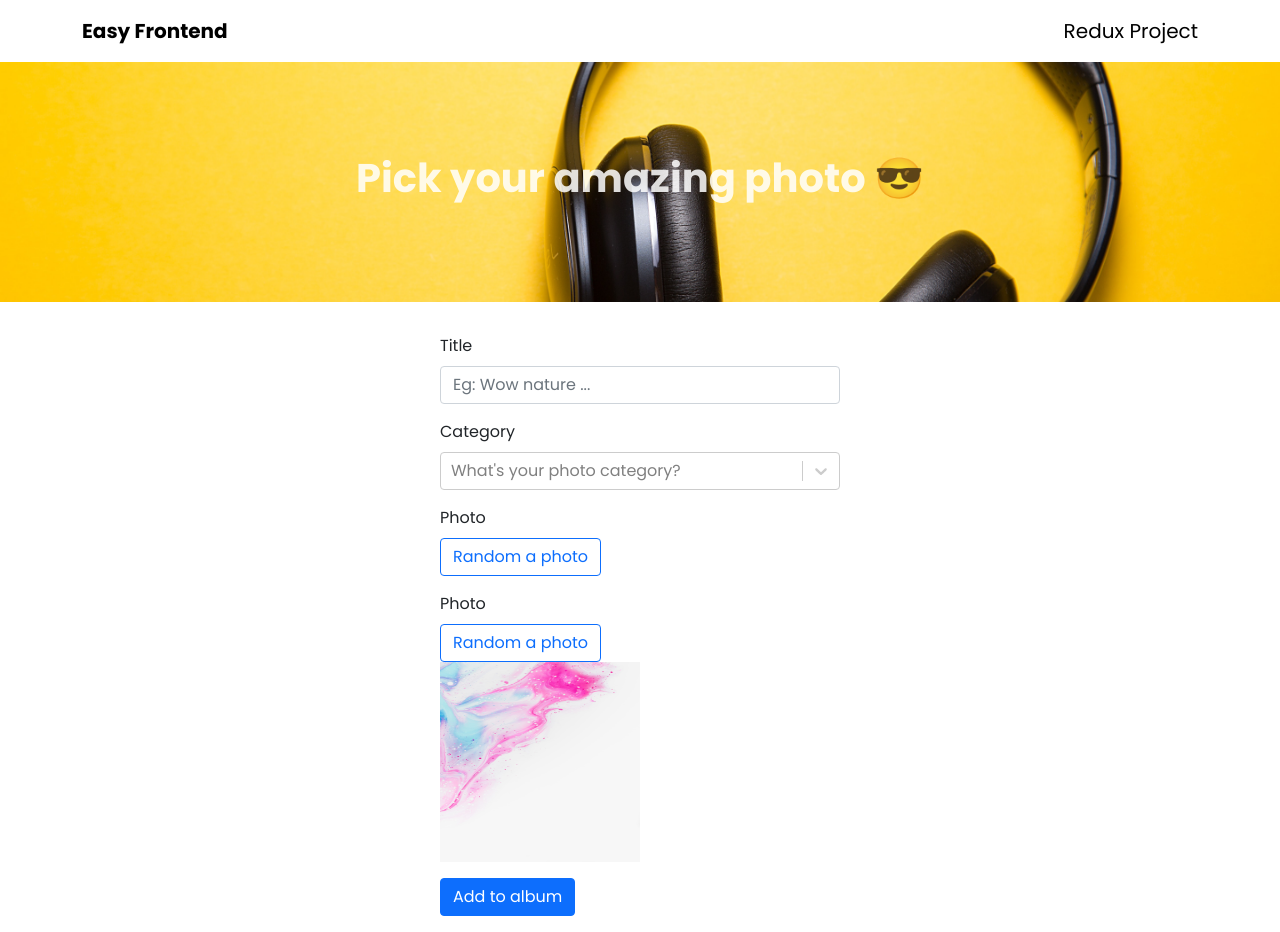
Repository: duckhai80/Redux-photo-app
Page: /photos/add
These files come from the project's save history. The page is drawn as it stood at one moment and after the next save; the edit follows.
The browser window is 1280 px wide. The pictures show the whole page.
The project was rebuilt for these pictures with package versions that can differ from the ones it lists, and the page was loaded fresh each time. Also part of the build but not shown: src/App.css, src/components/NotFound/index.jsx.

Above is the page before, as saved 2021-10-29 22:07:07.

### public/index.html
<!DOCTYPE html>
<html lang="en">
  <head>
    <meta charset="utf-8" />
    <link rel="icon" href="%PUBLIC_URL%/favicon.ico" />
    <meta name="viewport" content="width=device-width, initial-scale=1" />
    <meta name="theme-color" content="#000000" />
    <meta
      name="description"
      content="Web site created using create-react-app"
    />
    <link rel="apple-touch-icon" href="%PUBLIC_URL%/logo192.png" />

    <link rel="manifest" href="%PUBLIC_URL%/manifest.json" />

    <title>React App</title>
    <link
      href="https://fonts.googleapis.com/css2?family=Poppins:ital,wght@0,400;0,700;1,400;1,700&display=swap"
      rel="stylesheet"
    />
  </head>
  <body>
    <noscript>You need to enable JavaScript to run this app.</noscript>
    <div id="root"></div>
  </body>
</html>

### src/index.js
import "bootstrap/dist/css/bootstrap.css";
import React from "react";
import ReactDOM from "react-dom";
import App from "./App";
import "./index.css";
import reportWebVitals from "./reportWebVitals";

ReactDOM.render(
  <React.StrictMode>
    <App />
  </React.StrictMode>,
  document.getElementById("root")
);

reportWebVitals();

### src/App.js
import logo from "./logo.svg";
import "./App.css";

import React, { Suspense } from "react";
import { BrowserRouter, Route, Switch, Redirect, Link } from "react-router-dom";
import Header from "./components/Header";
import NotFound from "./components/NotFound";

const Photo = React.lazy(() => import("./features/Photo/pages/Main"));
const AddEdit = React.lazy(() => import("./features/Photo/pages/AddEdit"));

function App() {
  return (
    <div className="photo-app">
      <Suspense fallback={<div>Loading ...</div>}>
        <BrowserRouter>
          <Header></Header>

          <Switch>
            <Redirect exact from="/" to="/photos" />

            <Route exact path="/photos" component={Photo} />
            <Route exact path="/photos/add" component={AddEdit} />
            <Route component={NotFound} />
          </Switch>

          {/* <ul>
            <li>
              <Link to="/photos">Go to photo page</Link>
            </li>
            <li>
              <Link to="/photos/add">Go to Add new photo page</Link>
            </li>
            <li>
              <Link to="/photos/123">Go to Edit photo page</Link>
            </li>
          </ul>
          <Header />
          <Switch>
            <Redirect exact from="/" to="/photos" />
          </Switch> */}
        </BrowserRouter>
      </Suspense>
    </div>
  );
}

export default App;

### src/index.css
body {
  margin: 0;
  font-family: "Poppins", -apple-system, BlinkMacSystemFont, "Segoe UI",
    "Roboto", "Oxygen", "Ubuntu", "Cantarell", "Fira Sans", "Droid Sans",
    "Helvetica Neue", sans-serif;
  -webkit-font-smoothing: antialiased;
  -moz-osx-font-smoothing: grayscale;
}

code {
  font-family: source-code-pro, Menlo, Monaco, Consolas, "Courier New",
    monospace;
}

### src/components/Header/index.jsx
import React from "react";
import { NavLink } from "react-router-dom";
import { Col, Container, Row } from "reactstrap";
import "./Header.scss";

Header.propTypes = {};

function Header() {
  return (
    <div>
      <header className="header">
        <Container>
          <Row className="justify-content-between">
            <Col xs="auto">
              <a
                className="header__link header__title"
                href="https://youtube.com/easyfrontend"
                target="_blank"
                rel="noopener noreferrer"
              >
                Easy Frontend
              </a>
            </Col>

            <Col xs="auto">
              <NavLink
                exact
                className="header__link"
                to="/photos"
                activeClassName="header__link--active"
              >
                Redux Project
              </NavLink>
            </Col>
          </Row>
        </Container>
      </header>
    </div>
  );
}

export default Header;

### src/features/Photo/pages/AddEdit/index.jsx
import Banner from "components/Banner";
import NotFound from "components/NotFound";
import PhotoForm from "features/Photo/components/PhotoForm";
import React from "react";
import { Redirect, Route, Switch } from "react-router";
import "./styles.scss";

AddEditPage.propTypes = {};

function AddEditPage(props) {
  return (
    <div className="photo-edit">
      <Banner title="Pick your amazing photo 😎" />

      <div className="photo-edit__form">
        <PhotoForm
          onSubmit={(values) => console.log("Form submit: ", values)}
        />
      </div>
    </div>
  );
}

export default AddEditPage;

### src/components/Header/Header.scss
.header {
  padding: 1rem 0;
  font-size: 1.25rem;

  &__title {
    font-weight: bold;
  }

  &__link {
    color: #000;
    text-decoration: none;
    transition: all 0.25s ease-in-out 0s;

    &--active,
    &:hover {
      text-decoration: none;
      // color: var(--primary);
      color: rgb(56, 144, 216);
    }
  }
}

### src/components/Banner/index.jsx
import PropTypes from "prop-types";
import React from "react";
import "./Banner.scss";

Banner.propTypes = {
  title: PropTypes.string,
  backgroundUrl: PropTypes.string,
};

Banner.defaultProps = {
  title: "",
  backgroundUrl: "",
};

function Banner(props) {
  const { title, backgroundUrl } = props;

  const bannerStyle = backgroundUrl
    ? { backgroundImage: `url(${backgroundUrl})` }
    : {};

  return (
    <section className="banner" style={bannerStyle}>
      <h1 className="banner__title">{title}</h1>
    </section>
  );
}

export default Banner;

### src/constants/images.js
import blueBackground from "../assets/images/blue-bg.jpg";
import colorfulBackground from "../assets/images/colorful-bg.jpg";
import orangeBackground from "../assets/images/orange-bg.jpg";
import pinkBackground from "../assets/images/pink-bg.jpg";

const Images = {
  ORANGE_BG: orangeBackground,
  BLUE_BG: blueBackground,
  COLORFUL_BG: colorfulBackground,
  PINK_BG: pinkBackground,
};

export default Images;

### src/features/Photo/components/PhotoForm/index.jsx
import { PHOTO_CATEGORY_OPTIONS } from "constants/global";
import Images from "constants/images";
import InputField from "custom-field/InputField";
import SelectField from "custom-field/SelectField";
import RandomPhotoField from "custom-field/RandomPhotoField";
import { FastField, Form, Formik } from "formik";
import PropTypes from "prop-types";
import React from "react";
import { Button, FormGroup, Label } from "reactstrap";

PhotoForm.propTypes = {
  onSubmit: PropTypes.func,
};

PhotoForm.defaultProps = {
  onSubmit: null,
};

function PhotoForm(props) {
  const initialValues = {
    title: "",
    categoryId: null,
  };

  return (
    <Formik initialValues={initialValues}>
      {(formikProps) => {
        const { values, errors, touched } = formikProps;
        console.log({ values, errors, touched });

        return (
          <Form>
            <FastField
              name="title"
              component={InputField}
              label="Title"
              placeholder="Eg: Wow nature ..."
            />

            <FastField
              name="categoryId"
              component={SelectField}
              label="Category"
              placeholder="What's your photo category?"
              options={PHOTO_CATEGORY_OPTIONS}
            />

            <FastField
              name="photo"
              component={RandomPhotoField}
              label="Photo"
              // imageUrl={Images.COLORFUL_BG}
            ></FastField>

            <FormGroup>
              <Label for="categoryId">Photo</Label>
              <div>
                <Button type="button" outline color="primary">
                  Random a photo
                </Button>
              </div>
              <div>
                <img
                  width="200px"
                  height="200px"
                  src={Images.COLORFUL_BG}
                  alt="colorful background"
                />
              </div>
            </FormGroup>
            <FormGroup>
              <Button color="primary">Add to album</Button>
            </FormGroup>
          </Form>
        );
      }}
    </Formik>
  );
}

export default PhotoForm;

### src/features/Photo/pages/AddEdit/styles.scss
.photo-edit {
  &__form {
    margin: 2rem auto 1rem auto;
    max-width: 25rem;
  }
}

### src/components/Banner/Banner.scss
.banner {
  display: flex;
  flex-flow: row wrap;
  justify-content: center;
  align-items: center;
  height: 15rem;

  background-image: url(../../assets/images/orange-bg.jpg);
  background-position: center;
  background-size: cover;

  &__title {
    color: rgba(255, 255, 255, 0.85);
    font-weight: bold;
  }
}

### src/constants/global.js
export const PHOTO_CATEGORY_OPTIONS = [
  { value: 1, label: "Technology" },
  { value: 2, label: "Education" },
  { value: 3, label: "Nature" },
  { value: 4, label: "Animals" },
  { value: 5, label: "Styles" },
];

### src/custom-field/InputField/index.jsx
import React from "react";
import PropTypes from "prop-types";
import { FormGroup, Input, Label } from "reactstrap";

InputField.propTypes = {
  field: PropTypes.object.isRequired,
  form: PropTypes.object.isRequired,
  type: PropTypes.string,
  label: PropTypes.string,
  placeholder: PropTypes.string,
  disabled: PropTypes.bool,
};

InputField.defaultProps = {
  type: "text",
  label: "",
  placeholder: "",
  disabled: false,
};

function InputField(props) {
  const { field, form, type, label, placeholder, disabled } = props;
  const { name, value, onChange, onBlur } = field;

  return (
    <FormGroup>
      {label && <Label for={name}>{label}</Label>}
      <Input
        id={name}
        {...field}
        placeholder={placeholder}
        name={name}
        type={type}
        disabled={disabled}
      />
    </FormGroup>
  );
}

export default InputField;

### src/custom-field/SelectField/index.jsx
import PropTypes from "prop-types";
import React from "react";
import Select from "react-select";
import { FormGroup, Label } from "reactstrap";

SelectField.propTypes = {
  field: PropTypes.object.isRequired,
  form: PropTypes.object.isRequired,
  label: PropTypes.string,
  placeholder: PropTypes.string,
  options: PropTypes.array,
  disabled: PropTypes.bool,
};

SelectField.defaultProps = {
  label: "",
  placeholder: "",
  options: [],
  disabled: false,
};

function SelectField(props) {
  const { field, form, label, placeholder, options, disabled } = props;
  const { name, value } = field;

  const selectedOption = options.find((option) => option.value === value);

  const handleSelectedOptionChange = (selectedOption) => {
    const selectedValue = selectedOption
      ? selectedOption.value
      : selectedOption;

    const changeEvent = {
      target: {
        name: name,
        value: selectedValue,
      },
    };
    field.onChange(changeEvent);
  };

  return (
    <FormGroup>
      {label && <Label for="categoryId">{label}</Label>}
      <Select
        id={name}
        {...field}
        onChange={handleSelectedOptionChange}
        value={selectedOption}
        placeholder={placeholder}
        options={options}
      />
    </FormGroup>
  );
}

export default SelectField;

### src/custom-field/RandomPhotoField/index.jsx
import RandomPhoto from "components/RandomPhoto";
import PropTypes from "prop-types";
import React from "react";
import { FormGroup, Label } from "reactstrap";

RandomPhotoField.propTypes = {
  field: PropTypes.object.isRequired,
  form: PropTypes.object.isRequired,
  label: PropTypes.string,
  // imageUrl: PropTypes.string,
};

RandomPhotoField.defaultProps = {
  label: "",
  // imageUrl: "",
};

function RandomPhotoField(props) {
  const { field, form, label, imageUrl } = props;
  const { name, value, onChange, onBlur } = field;

  const handleImageChange = (newImageUrl) => {
    form.setFieldValue(name, newImageUrl);
  };

  return (
    <FormGroup>
      {label && <Label for={name}>{label}</Label>}
      <RandomPhoto
        name={name}
        imageUrl={value}
        onImageUrlChange={handleImageChange}
        onRandomButtonBlur={onBlur}
      ></RandomPhoto>
    </FormGroup>
  );
}

export default RandomPhotoField;

### src/components/RandomPhoto/index.jsx
import PropTypes from "prop-types";
import React from "react";
import { Button } from "reactstrap";

RandomPhoto.propTypes = {
  name: PropTypes.string,
  imageUrl: PropTypes.string,
  onImageUrlChange: PropTypes.func,
  onRandomButtonBlur: PropTypes.func,
};

RandomPhoto.defaultProps = {
  name: "",
  imageUrl: "",
  onImageUrlChange: null,
  onRandomButtonBlur: null,
};

const getRandomImageUrl = () => {
  const randomId = Math.trunc(Math.random() * 2000);
  return `https://picsum.photos/id/${randomId}/300/200`;
};

function RandomPhoto(props) {
  const { name, imageUrl, onImageUrlChange, onRandomButtonBlur } = props;

  const handleRandomPhotoClick = async () => {
    if (onImageUrlChange) {
      const randomImageUrl = getRandomImageUrl();
      onImageUrlChange(randomImageUrl);
    }
  };

  return (
    <div className="random-photo">
      <div className="random-photo__button">
        <Button
          outline
          name={name}
          color="primary"
          onClick={handleRandomPhotoClick}
          onBlur={onRandomButtonBlur}
        >
          Random a photo
        </Button>
      </div>
      <div className="random-photo__photo">
        {imageUrl && (
          <img
            src={imageUrl}
            alt="Ooops ... not found. Please click random again."
          />
        )}
      </div>
    </div>
  );
}

export default RandomPhoto;

Loaded but not shown: src/reportWebVitals.js (common file)

After the next save:
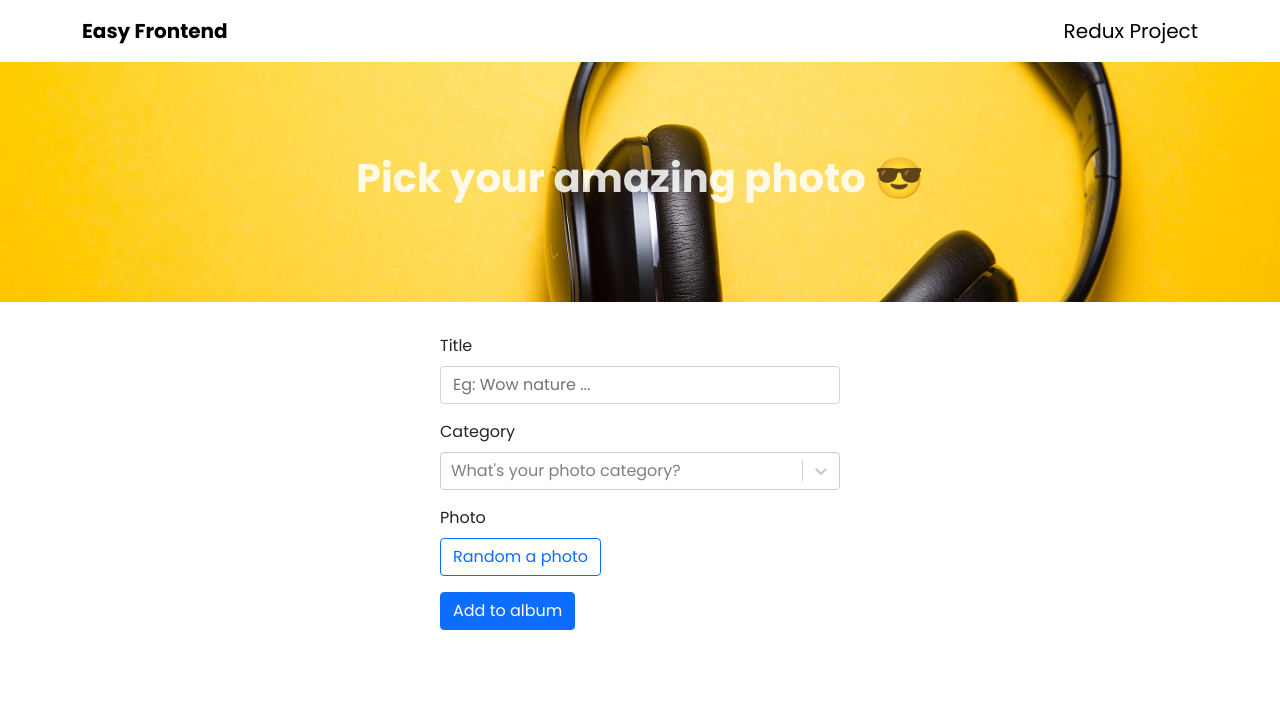
Saved 2 min 3 s later.
--- a/src/features/Photo/components/PhotoForm/index.jsx
+++ b/src/features/Photo/components/PhotoForm/index.jsx
@@ -52,7 +52,7 @@ function PhotoForm(props) {
               // imageUrl={Images.COLORFUL_BG}
             ></FastField>
 
-            <FormGroup>
+            {/* <FormGroup>
               <Label for="categoryId">Photo</Label>
               <div>
                 <Button type="button" outline color="primary">
@@ -67,7 +67,7 @@ function PhotoForm(props) {
                   alt="colorful background"
                 />
               </div>
-            </FormGroup>
+            </FormGroup> */}
             <FormGroup>
               <Button color="primary">Add to album</Button>
             </FormGroup>
